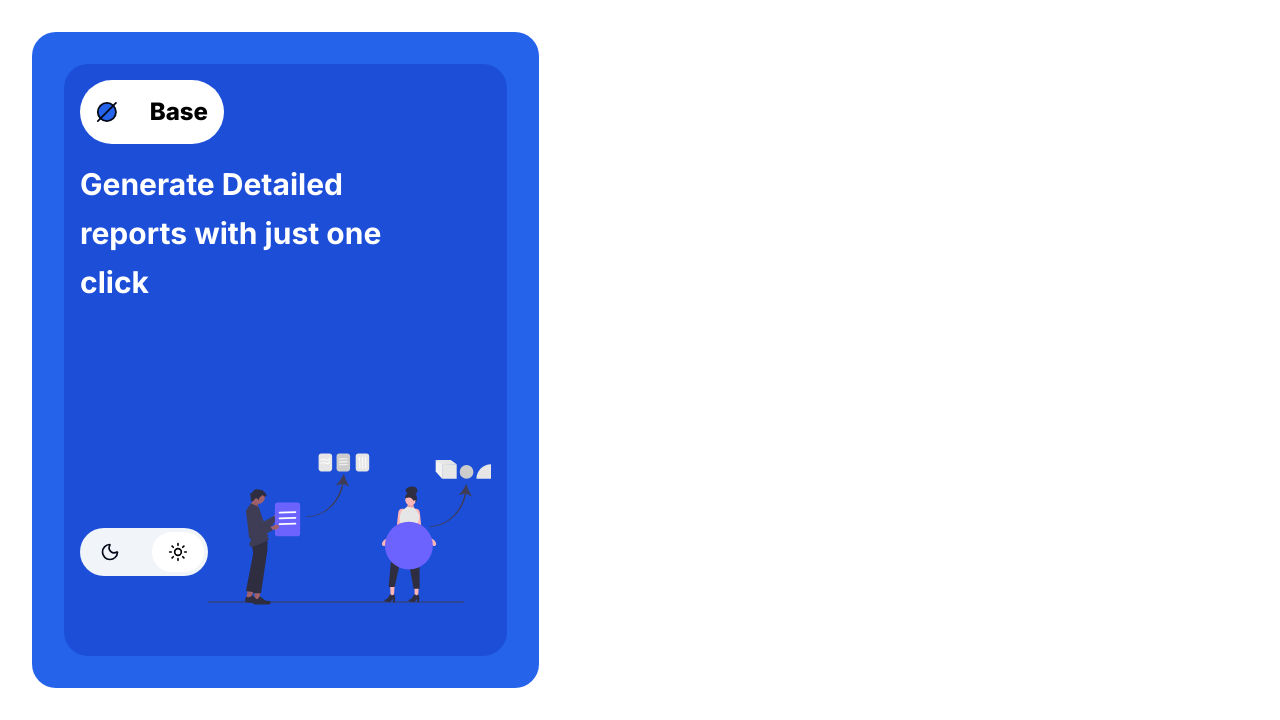
Repository: Hardyy00/openinapp_assignment
Page: /
An editor plug-in stored every save of this project. The page is shown before and after the next save, followed by the edit.
The browser window is 1280 px wide. The pictures show the whole page.
The project was rebuilt for these pictures with package versions that can differ from the ones it lists, and the page was loaded fresh each time. The framework's server and built-in components were replaced by stand-ins that run in the browser. Also part of the build but not shown: next.config.mjs.

Above is the page before, as saved 2024-08-23 16:07:52.

### app/layout.tsx
import type { Metadata } from "next";
import { Inter } from "next/font/google";
import "./globals.css";
import { ThemeProvider } from "@/components/theme-provider";

const inter = Inter({ subsets: ["latin"] });

export const metadata: Metadata = {
  title: "Create Next App",
  description: "Generated by create next app",
};

export default function RootLayout({
  children,
}: Readonly<{
  children: React.ReactNode;
}>) {
  return (
    <html lang="en">
      <body className={inter.className}>
        <ThemeProvider
          attribute="class"
          defaultTheme="system"
          storageKey="base"
        >
          {children}
        </ThemeProvider>
      </body>
    </html>
  );
}

### app/(auth)/layout.tsx
import { ThemeToggle } from "@/components/theme-toggle";
import { CircleSlash2 } from "lucide-react";
import Image from "next/image";
import { Intro } from "./_components/intro";
import { Navbar } from "./_components/navbar";

export default function Layout({ children }: { children: React.ReactNode }) {
  return (
    <div className="h-full w-full">
      <Navbar />
      <div className="w-full h-full flex flex-col lg:flex-row">
        <Intro />

        <div className="flex-[0.7]">{children}</div>
      </div>
    </div>
  );
}

### app/(auth)/page.tsx
export default function Page() {
  return (
    <div className="h-full p-8">
      <div className="p-8"></div>
    </div>
  );
}

### app/(auth)/_components/intro.tsx
import { ThemeToggle } from "@/components/theme-toggle";
import { CircleSlash2 } from "lucide-react";
import Image from "next/image";

export const Intro: React.FC = () => {
  return (
    <div className="flex-[0.5] p-8 hidden lg:block">
      <div className="p-8 bg-blue-600 h-full rounded-3xl">
        <div className="p-4 bg-blue-700 h-full rounded-3xl flex flex-col gap-y-4 justify-between">
          <div className="p-4 flex items-center bg-white rounded-full w-[9rem] space-x-8">
            <CircleSlash2 className="stroke-white-600 fill-blue-600 h-7 w-7" />
            <h1 className="text-black font-extrabold text-2xl ">Base</h1>
          </div>

          <div className="w-[80%]">
            <p className="text-3xl font-bold text-wrap leading-relaxed text-white">
              Generate Detailed reports with just one click
            </p>
          </div>

          <div className=" flex h-[24rem]">
            <div className="flex-[0.3] self-end pb-16">
              <ThemeToggle className="w-[8rem]" />
            </div>
            <div className="flex-1 h-[70%] self-end  relative">
              {/* <div className="h-[70%]"> */}
              {/* <div className=" relative h-[70%] "> */}
              <Image src={"/auth.svg"} fill alt="svg" />
              {/* </div> */}
              {/* </div> */}
            </div>
          </div>
        </div>
      </div>
    </div>
  );
};

### app/(auth)/_components/navbar.tsx
import { CircleSlash2 } from "lucide-react";

export const Navbar: React.FC = () => {
  return (
    <div className="lg:hidden sticky top-0 bg-blue-600 text-black p-4">
      <div className="flex">
        <CircleSlash2 className="fill-white stroke-blue-600 h-8 w-8" />
      </div>
    </div>
  );
};

### components/theme-toggle.tsx
"use client";

import { Moon, Sun } from "lucide-react";
import { useTheme } from "next-themes";
import { Button } from "./ui/button";
import { cn } from "@/lib/utils";
import { useState } from "react";

interface ToggleThemeProps {
  className?: string;
}

export const ThemeToggle: React.FC<ToggleThemeProps> = ({ className = "" }) => {
  const { setTheme } = useTheme();
  const [on, setOn] = useState<String>("sun");

  const handleClick = (type: string) => {
    if (type === "sun") {
      setOn("sun");
      setTheme("light");
    } else {
      setOn("moon");
      setTheme("dark");
    }
  };

  return (
    <div className={cn("w-[10rem] p-1 rounded-full bg-secondary", className)}>
      <div className="flex w-full items-center justify-between">
        <Button
          variant={"ghost"}
          className={cn(
            "p-4 rounded-[4rem] transition-all",
            on === "moon" && "bg-black text-white"
          )}
          onClick={() => handleClick("moon")}
        >
          <Moon className="h-5 w-5" />
        </Button>

        <Button
          variant={"ghost"}
          className={cn(
            "p-4 rounded-[4rem] hover:bg-white hover:text-black transition-all",
            on === "sun" && "bg-white text-black"
          )}
          onClick={() => handleClick("sun")}
        >
          <Sun className="h-5 w-5" />
        </Button>
      </div>
    </div>
  );
};

### components/ui/button.tsx
import * as React from "react";
import { Slot } from "@radix-ui/react-slot";
import { cva, type VariantProps } from "class-variance-authority";

import { cn } from "@/lib/utils";

const buttonVariants = cva(
  "inline-flex items-center justify-center whitespace-nowrap rounded-md text-sm font-medium ring-offset-background transition-colors focus-visible:outline-none focus-visible:ring-2 focus-visible:ring-ring focus-visible:ring-offset-2 disabled:pointer-events-none disabled:opacity-50",
  {
    variants: {
      variant: {
        primary: "bg-blue-600 text-primary-foreground",
        default: "bg-primary text-primary-foreground hover:bg-primary/90",
        destructive:
          "bg-destructive text-destructive-foreground hover:bg-destructive/90",
        outline:
          "border border-input bg-background hover:bg-accent hover:text-accent-foreground",
        secondary:
          "bg-secondary text-secondary-foreground hover:bg-secondary/80",
        ghost: "hover:bg-accent hover:text-accent-foreground",
        link: "text-primary underline-offset-4 hover:underline",
      },
      size: {
        default: "h-10 px-4 py-2",
        sm: "h-9 rounded-md px-3",
        lg: "h-11 rounded-md px-8",
        icon: "h-10 w-10",
      },
    },
    defaultVariants: {
      variant: "default",
      size: "default",
    },
  }
);

export interface ButtonProps
  extends React.ButtonHTMLAttributes<HTMLButtonElement>,
    VariantProps<typeof buttonVariants> {
  asChild?: boolean;
}

const Button = React.forwardRef<HTMLButtonElement, ButtonProps>(
  ({ className, variant, size, asChild = false, ...props }, ref) => {
    const Comp = asChild ? Slot : "button";
    return (
      <Comp
        className={cn(buttonVariants({ variant, size, className }))}
        ref={ref}
        {...props}
      />
    );
  }
);
Button.displayName = "Button";

export { Button, buttonVariants };

Loaded but not shown: app/globals.css (common file); components/theme-provider.tsx (common file); lib/utils.ts (common file); tailwind.config.ts (common file)

After the next save:
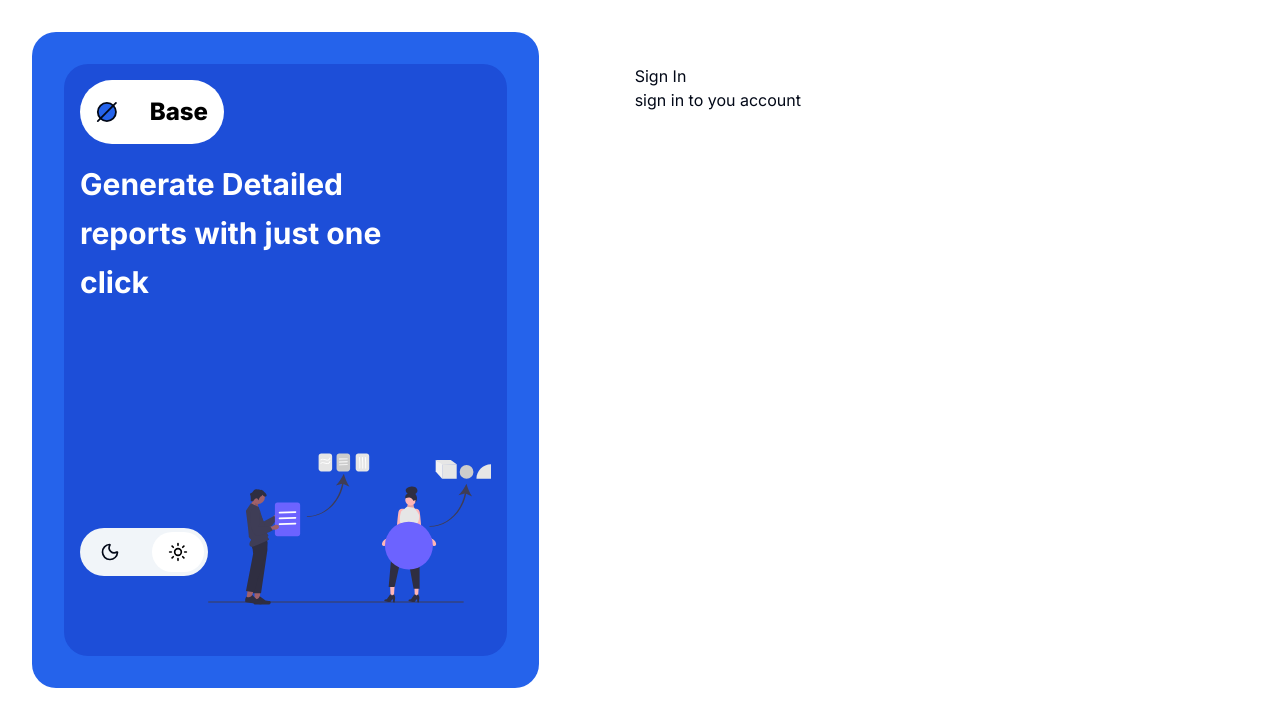
Saved 25 s later.
--- a/app/(auth)/page.tsx
+++ b/app/(auth)/page.tsx
@@ -1,7 +1,12 @@
 export default function Page() {
   return (
     <div className="h-full p-8">
-      <div className="p-8"></div>
+      <div className="p-8">
+        <div>
+          <h1>Sign In</h1>
+          <p>sign in to you account</p>
+        </div>
+      </div>
     </div>
   );
 }
